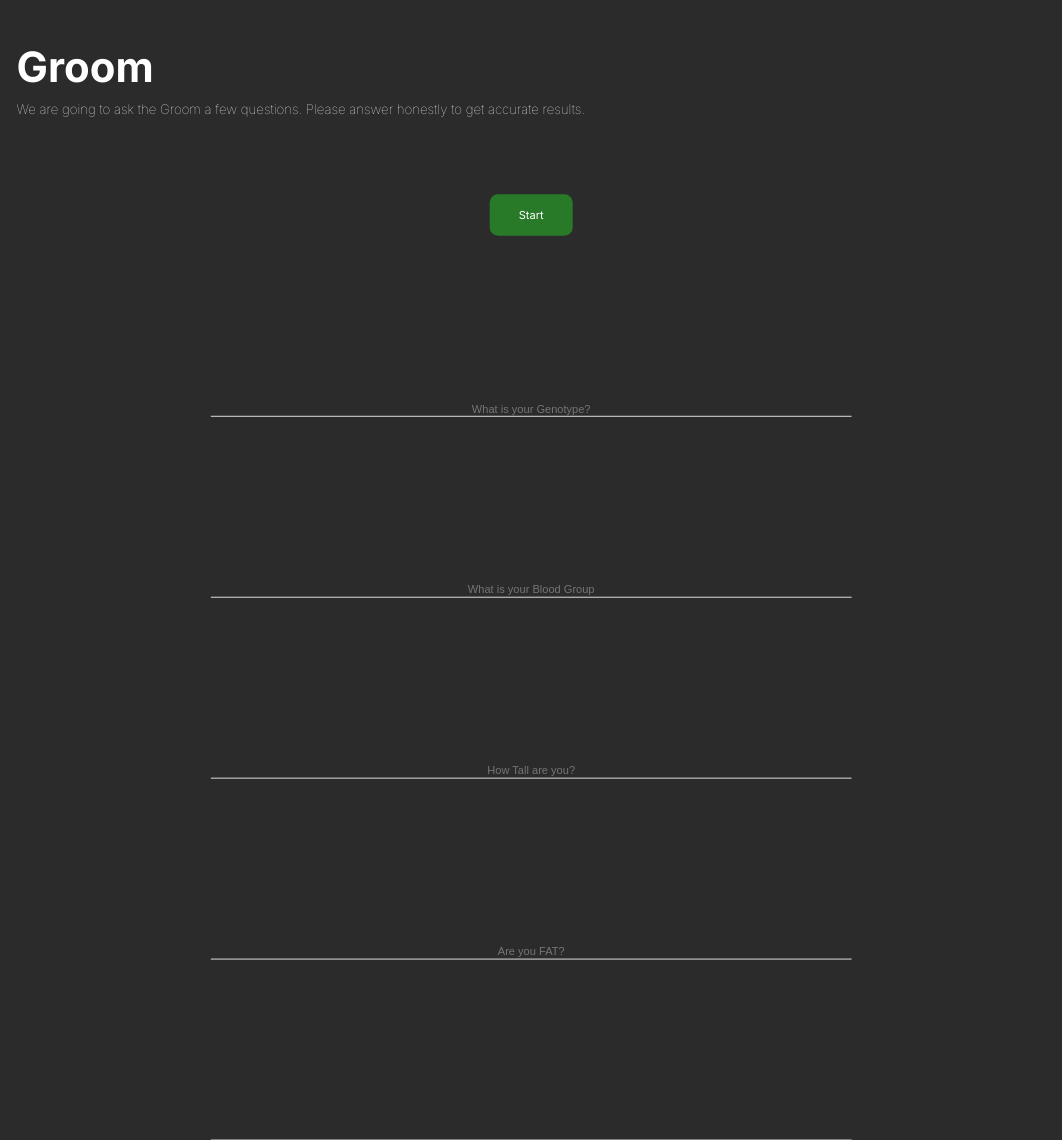
Repository: devhabeeblateef/tictactoe
Page: /
The author's editor kept a copy of each file at every save. The page is drawn from the files as they stood at one save, then again after the next save.
The browser window is 1280 px wide. The pictures show the whole page, at 83% of full size.
The project was rebuilt for these pictures with package versions that can differ from the ones it lists, and the page was loaded fresh each time. Also part of the build but not shown: src/App.css.

Above is the page before, as saved 2022-06-17 01:58:13.

### src/App.js
import logo from './logo.svg';
import './App.css';
import Form from './Form';

function App() {
  return (
    <div>
      <Form/>
    </div>
  );
}

export default App;

### src/Form.js
import React, {useState, useRef} from 'react'
import classes from './Home.module.css'
import Myform from './Myform'

function Form() {
    const [started, setStarted] = useState(true)
    const [asnwers, setAnswers] = useState(Array(9).fill(null))
    const answer = useRef()
    const maleQuestions = ["What is your Genotype?", "What is your Blood Group",
"How Tall are you?", "Are you FAT?"]
    const start = () => {
        setStarted(false)
    }

  return (
    <div>
        <h1 className={classes.home__header}>
            Groom
        </h1>
        <p className={classes.home__info}>
        We are going to ask the Groom a few questions.
        Please answer honestly to get accurate results.
        </p>
        <center>
        {started ? <button onClick={start} className={classes.start}>
        Start</button> : ""}
        <Myform placeholder={maleQuestions[0]}/>
        <Myform placeholder={maleQuestions[1]}/>
        <Myform placeholder={maleQuestions[2]}/>
        <Myform placeholder={maleQuestions[3]}/>
        <Myform placeholder={maleQuestions[4]}/>
        </center>
    </div>
  )
}

export default Form

### src/Home.module.css
@import url('https://fonts.googleapis.com/css2?family=Inter:wght@100;200;300;400;500;600;700;800;900&display=swap');

body
{
    background-color: #2b2b2b;
    color: #fff;
}

.home__header
{
    margin:50px 20px;
    font-size: 5ch;
    font-family: 'Inter', sans-serif;
    font-weight: bold;
}

.home__info
{
    font-family: 'Inter', sans-serif;
    font-weight: 100;
    margin: -40px 20px;
}

img
{
    width: 350px;
}

.button
{
    margin: 50px 20px;
}


.button__one
{
    background-color: #23A6FD;
    border-radius: 60px;
    border: none;
    padding:8px 30px;
    color: white;
    margin-right: 10px;
    font-family: 'Montserrat', sans-serif;
    cursor: pointer;
}

.button__two
{
    margin-left: 10px;
    background-color: transparent;
    border-radius: 60px;
    padding: 8px 30px;
    border: 2px solid #fff;
    color: white;
    font-family: 'Montserrat', sans-serif;
    cursor: pointer;
}

@media (max-width:400px){
.button__two
{
    margin: 20px 0;
    border-radius: 60px;

}
}

a
{
    color: #fff;
    text-decoration: none;
}

a:hover
{
    color: white;
}

.start
{
    background-color: rgb(40, 122, 40);
    border: none;
    color: #fff;
    border-radius: 10px;
    padding: 10px;
    width: 100px;
    font-family: 'Inter', sans-serif;
    height: 50px;
    margin-top: 10em;
}

.questions
{
    margin-top: 200px;
    background: none;
    border: none;
    border-bottom: 1px solid #fff;
    width: 60%;
    outline: none;
    color: #fff;
    text-align: center;
}

### src/Myform.js
import React from 'react'
import classes from './Home.module.css'

function Myform({placeholder}) {
  return (
    <div>
    <form>
        <input className={classes.questions} placeholder={placeholder} />
    </form>
    </div>
  )
}

export default Myform

Loaded but not shown: src/index.js (common file); src/index.css (common file); src/reportWebVitals.js (common file)

After the next save:
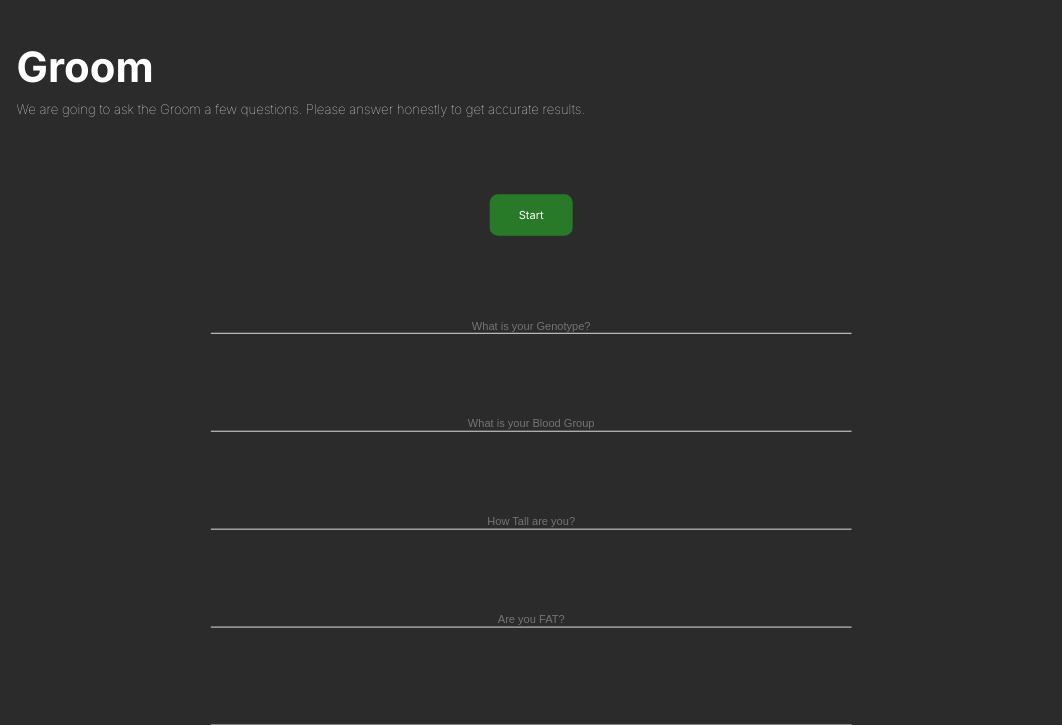
Saved 27 s later.
--- a/src/Home.module.css
+++ b/src/Home.module.css
@@ -91,7 +91,7 @@ a:hover
 
 .questions
 {
-    margin-top: 200px;
+    margin-top: 100px;
     background: none;
     border: none;
     border-bottom: 1px solid #fff;
